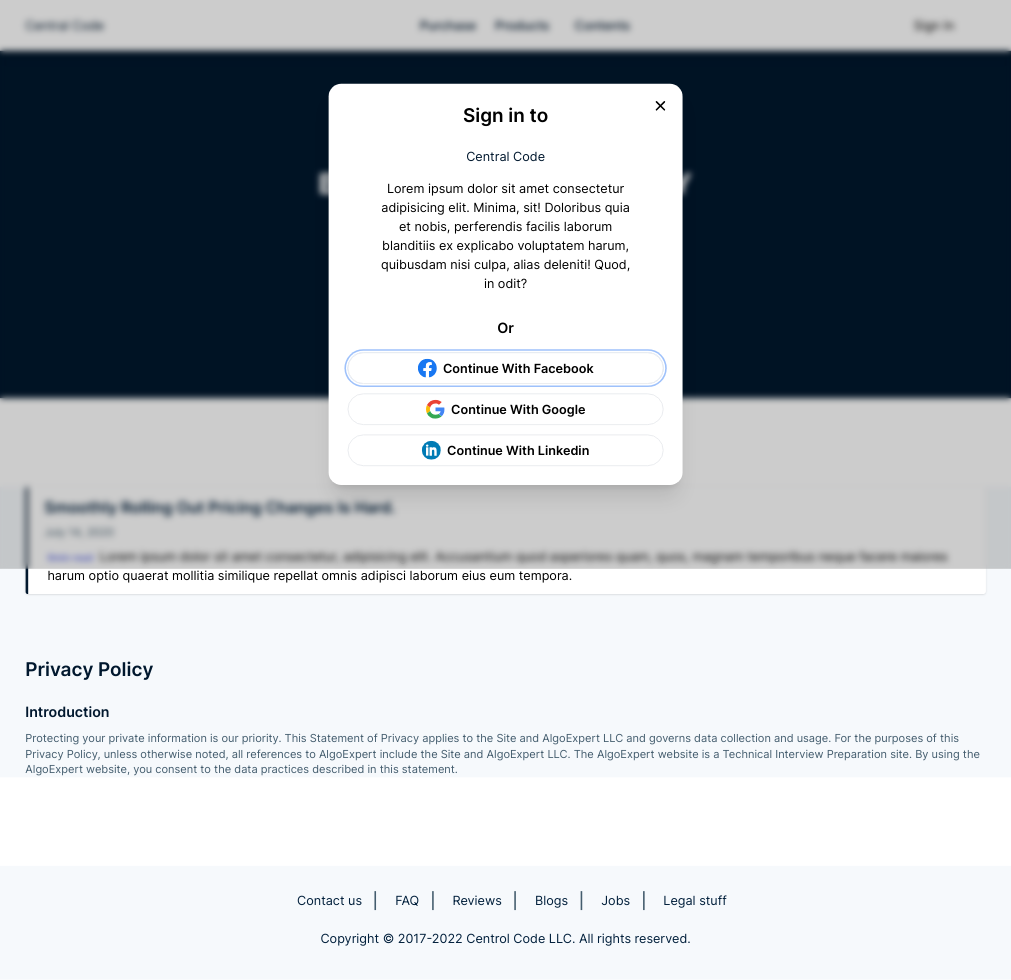
Repository: om1ars/Xjkey
Page: /privacy
An editor plug-in stored every save of this project. The page is shown before and after the next save, followed by the edit.
The browser window is 1280 px wide. The pictures show the whole page, at 79% of full size.
The project was rebuilt for these pictures with package versions that can differ from the ones it lists, and the page was loaded fresh each time. The framework's server and built-in components were replaced by stand-ins that run in the browser. Also part of the build but not shown: next.config.js.

Above is the page before, as saved 2022-03-20 23:37:31.

After the next save:
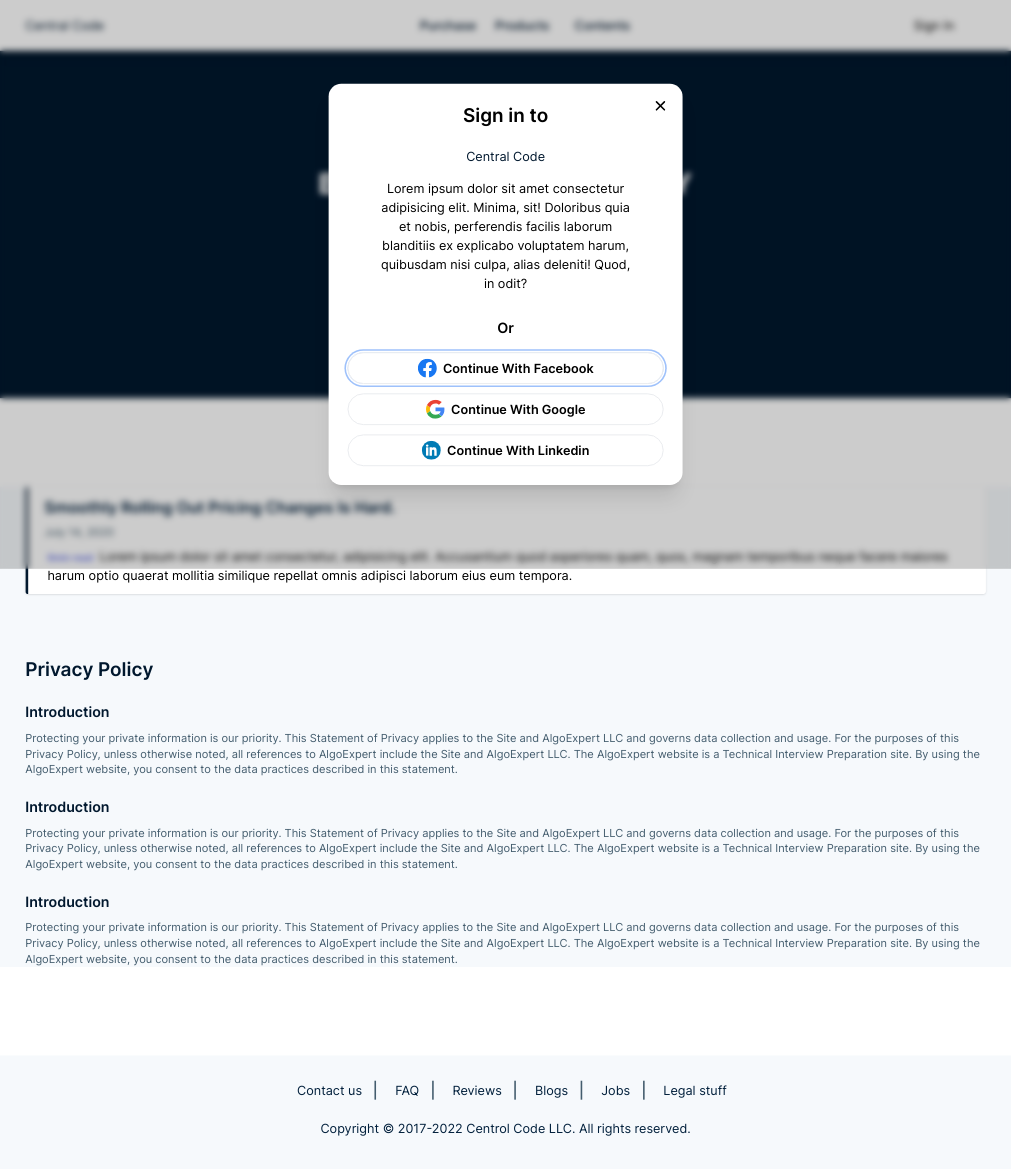
Saved 8 s later.
--- a/src/pages/privacy.tsx
+++ b/src/pages/privacy.tsx
@@ -58,6 +58,36 @@
                 in this statement.
               </p>
             </div>
+            <div className="mt-6">
+              <span className="mt-3  text-lg font-semibold text-mainBg">
+                Introduction
+              </span>
+              <p className="text mt-2 text-sm text-textColor">
+                Protecting your private information is our priority. This
+                Statement of Privacy applies to the Site and AlgoExpert LLC and
+                governs data collection and usage. For the purposes of this
+                Privacy Policy, unless otherwise noted, all references to
+                AlgoExpert include the Site and AlgoExpert LLC. The AlgoExpert
+                website is a Technical Interview Preparation site. By using the
+                AlgoExpert website, you consent to the data practices described
+                in this statement.
+              </p>
+            </div>
+            <div className="mt-6">
+              <span className="mt-3  text-lg font-semibold text-mainBg">
+                Introduction
+              </span>
+              <p className="text mt-2 text-sm text-textColor">
+                Protecting your private information is our priority. This
+                Statement of Privacy applies to the Site and AlgoExpert LLC and
+                governs data collection and usage. For the purposes of this
+                Privacy Policy, unless otherwise noted, all references to
+                AlgoExpert include the Site and AlgoExpert LLC. The AlgoExpert
+                website is a Technical Interview Preparation site. By using the
+                AlgoExpert website, you consent to the data practices described
+                in this statement.
+              </p>
+            </div>
           </div>
         </div>
       </main>
